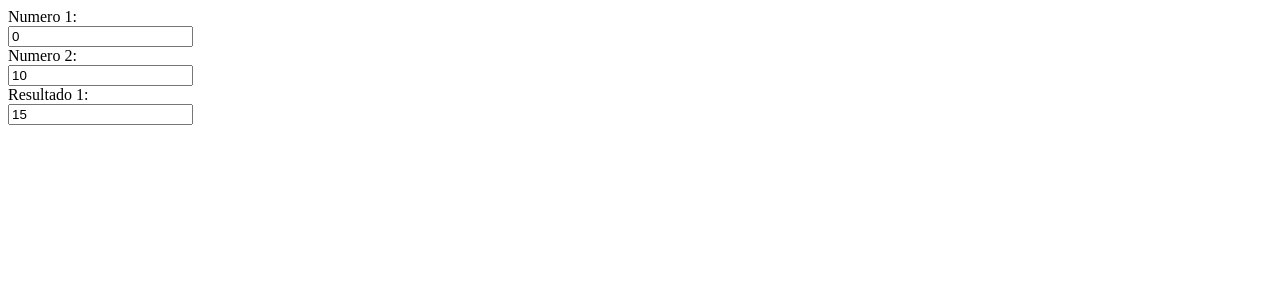
Repository: charles014/curso-react-2020
Page: / (app in react-funcional/)
The author's editor kept a copy of each file at every save. The page is drawn from the files as they stood at one save, then again after the next save.
The browser window is 1280 px wide. The pictures show the whole page.
The project was rebuilt for these pictures with package versions that can differ from the ones it lists, and the page was loaded fresh each time.

Above is the page before, as saved 2020-09-21 14:35:36.

After the next save:
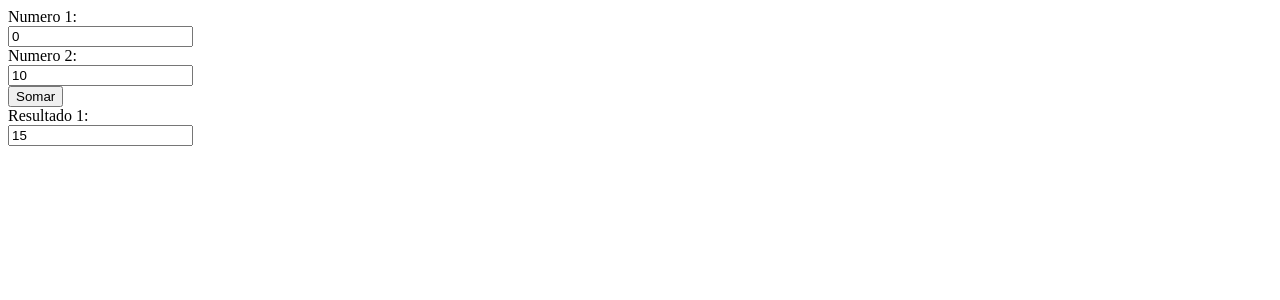
Saved 21 s later.
--- a/react-funcional/src/App.js
+++ b/react-funcional/src/App.js
@@ -13,6 +13,7 @@ function App() {
       Numero 2: <br />
       <input type="text" value={segundoNumero}
         onChange={e => setSegundoNumero(e.target.value)} /><br />
+      <button>Somar</button> <br/>
       Resultado 1: <br />
       <input type="text" value={resultado} /><br />
     </div>
